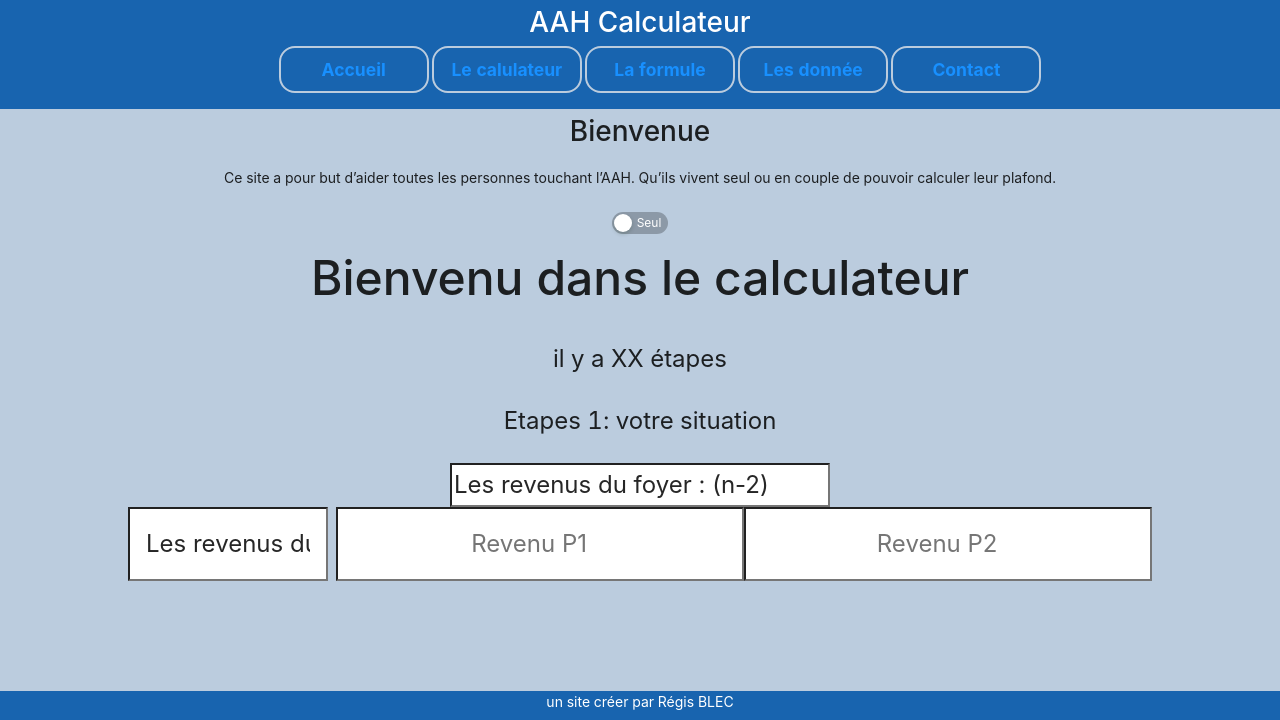
Repository: Cide74/calculateur-aah
Page: /
The author's editor kept a copy of each file at every save. The page is drawn from the files as they stood at one save, then again after the next save.
The browser window is 1280 px wide. The pictures show the whole page.
The project was rebuilt for these pictures with package versions that can differ from the ones it lists, and the page was loaded fresh each time.

Above is the page before, as saved 2021-04-05 18:01:25.

After the next save:
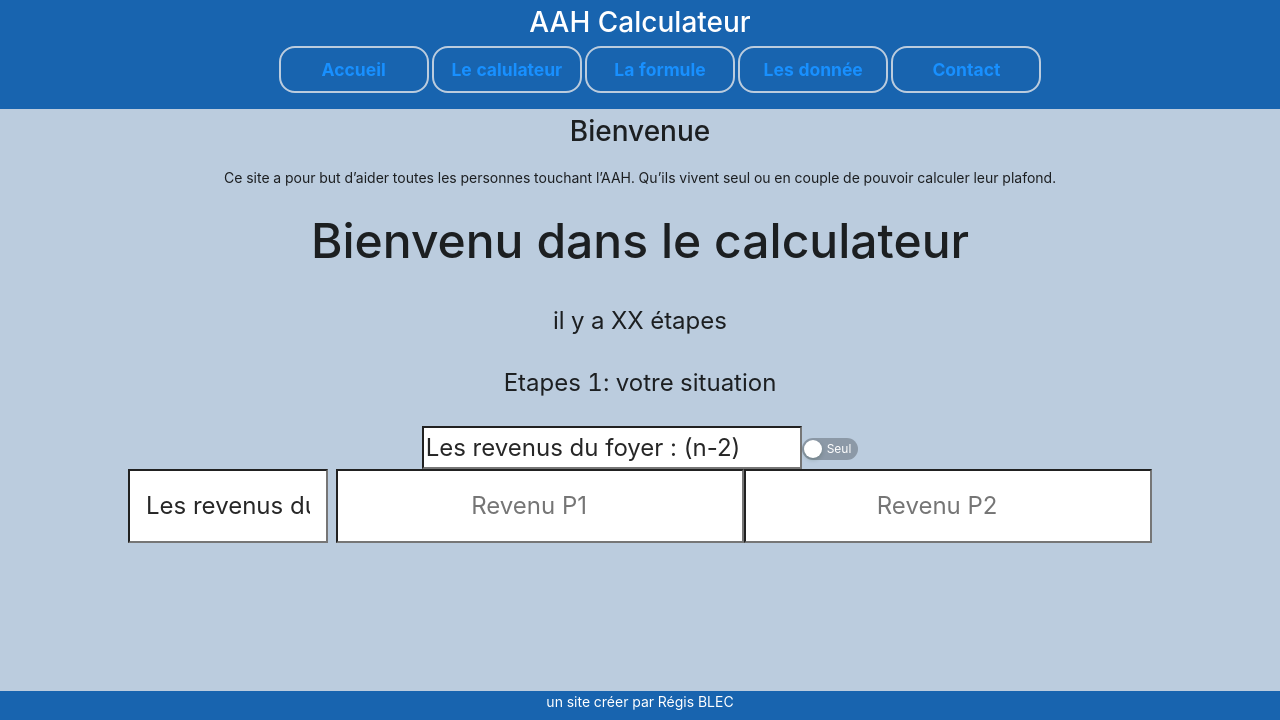
Saved 14 s later.
--- a/src/components/Calculator/Calculator.js
+++ b/src/components/Calculator/Calculator.js
@@ -11,7 +11,7 @@ export default function Calculator() {
   return (
     <div className='calculateur'>
 
-      <Switch checkedChildren="Couple" unCheckedChildren="Seul" />
+
 
       <h1>Bienvenu dans le calculateur</h1>
       <p>il y a XX étapes </p>
@@ -26,7 +26,7 @@ export default function Calculator() {
               name='revenu-text'
             />
 
-
+            <Switch checkedChildren="Couple" unCheckedChildren="Seul" />
 
           </div>
         </form>
